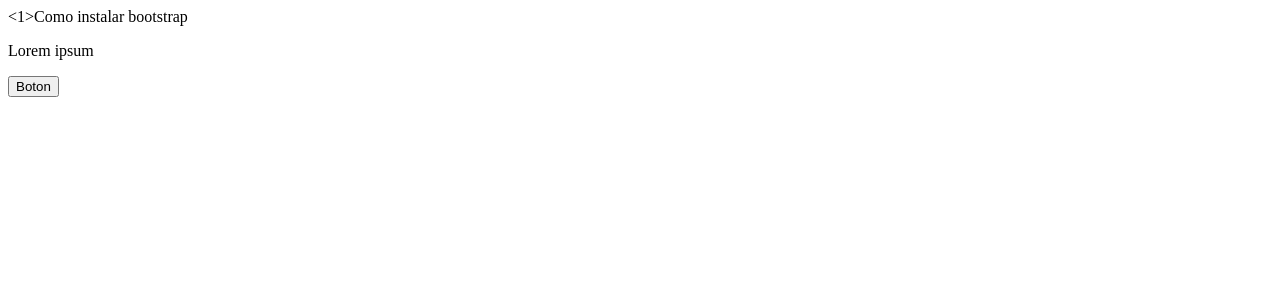
Repository: Hrotgarion1/jose
Page: index.html
An editor plug-in stored every save of this project. The page is shown before and after the next save, followed by the edit.
The browser window is 1280 px wide. The pictures show the whole page.

Above is the page before, as saved 2020-09-25 08:11:43.

### index.html
<!DOCTYPE html>
<html lang="en">
<head>
    <meta charset="UTF-8">
    <meta name="viewport" content="width=device-width, user-scalable=no, initial-scale=1.0, maximum-scale=1.0, minimum-scale=1.0">
    <title>Tutorial</title>
</head>
<body>
    <div class="container">
        <1>Como instalar bootstrap</1>
        <p>Lorem ipsum</p>
        <button class="btn btn-primary">Boton</button>


    </div>



</body>
</html>

After the next save:
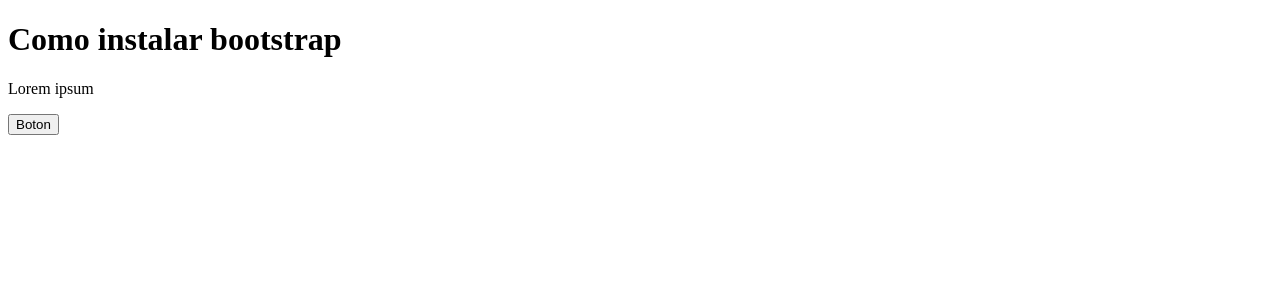
Saved 41 s later.
--- a/index.html
+++ b/index.html
@@ -7,7 +7,7 @@
 </head>
 <body>
     <div class="container">
-        <1>Como instalar bootstrap</1>
+        <h1>Como instalar bootstrap</h1>
         <p>Lorem ipsum</p>
         <button class="btn btn-primary">Boton</button>
 
